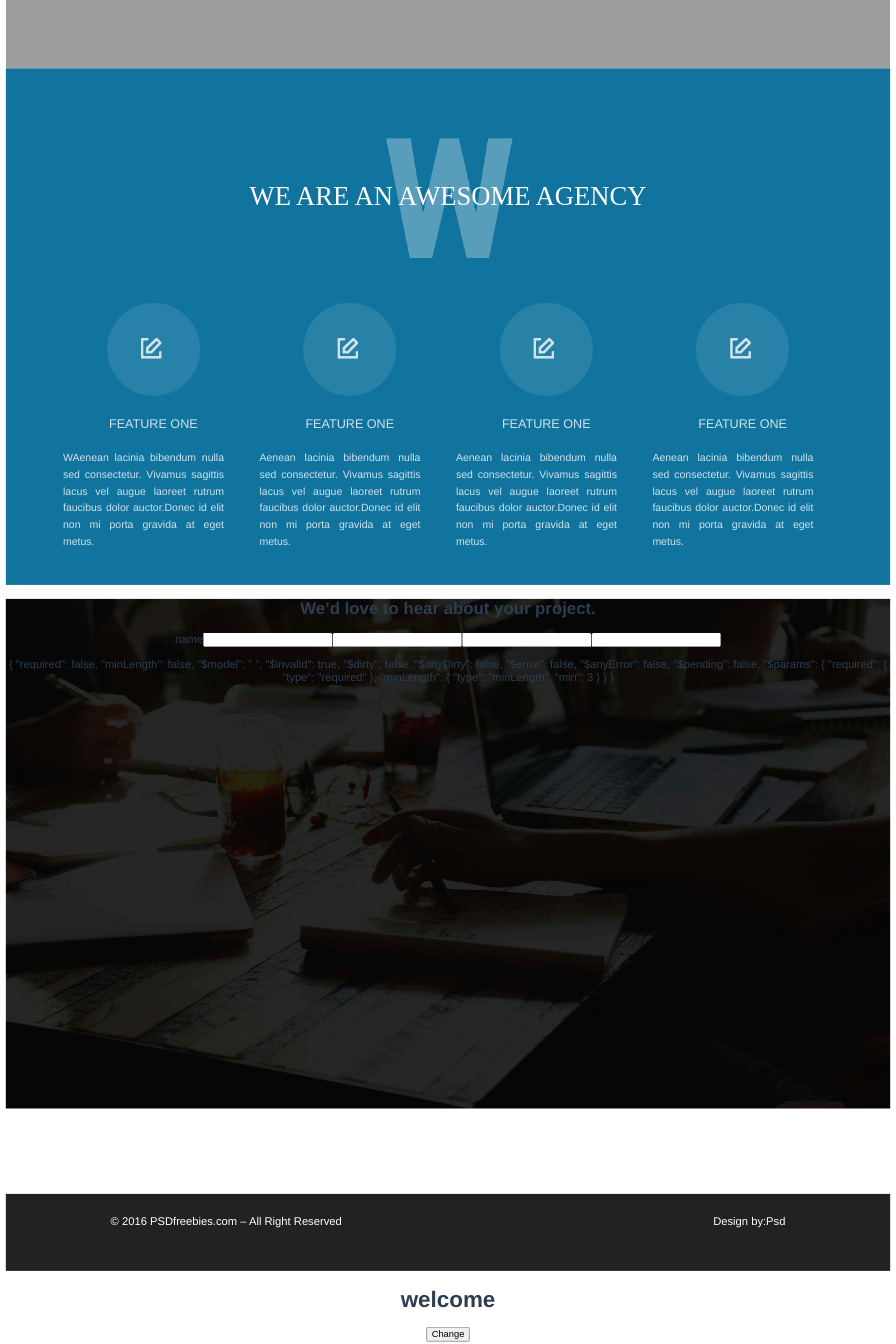
Repository: joker506/Creatives
Page: /
These files come from the project's save history. The page is drawn as it stood at one moment and after the next save; the edit follows.
The browser window is 1280 px wide. The pictures show the part of the page from y = 742 to 2662 px (the page is 2716 px tall), at 70% of full size.
Pictures or frames that could not be fetched are drawn as grey boxes. The project was rebuilt for these pictures with package versions that can differ from the ones it lists, and the page was loaded fresh each time.

Above is the page before, as saved 2020-04-11 22:53:54.

### public/index.html
<!DOCTYPE html>
<html lang="ru">

<head>
    <meta charset="utf-8">
    <meta http-equiv="X-UA-Compatible" content="IE=edge">
    <meta name="viewport" content="width=device-width,initial-scale=1.0">
    <link rel="icon" href="<%= BASE_URL %>favicon.ico">
    <title>
        <%= htmlWebpackPlugin.options.title %>
    </title>
</head>

<body>
    <noscript>
      <strong>We're sorry but <%= htmlWebpackPlugin.options.title %> doesn't work properly without JavaScript enabled. Please enable it to continue.</strong>
    </noscript>
    <div id="app"></div>
    <!-- built files will be auto injected -->
</body>

</html>

### src/main.js
import Vue from 'vue'
import Vuelidate from 'vuelidate'
import App from './App.vue'

Vue.use(Vuelidate)

Vue.config.productionTip = false

new Vue({
    render: h => h(App),
}).$mount('#app')

### src/App.vue
<template>
  <div id="app">
<HeaderApp />
<AdvantagesApp />
<TeamApp />
<FormApp />
<FooterApp />

    <HelloWorld
    @clicks="clickUp($event)"
       :msg=msg
       :counter=counter />
  </div>
</template>

<script>
import HelloWorld from './components/HelloWorld.vue'
import HeaderApp from './components/HeaderApp.vue'
import AdvantagesApp from './components/AdvantagesApp.vue'
import TeamApp from './components/TeamApp.vue'
import FormApp from './components/FormApp.vue'
import FooterApp from './components/FooterApp.vue'

export default {
  name: 'App',
  data(){

    return{
    msg:"welcome",
    counter:10,


    }

  },
  components: {
    HelloWorld,
    AdvantagesApp,
    HeaderApp,
    TeamApp,
    FormApp,
    FooterApp
  },
  methods:{
    clickUp(event){
      console.log("click")
      this.counter=event
    }
  }
}
</script>

<style>
#app {
  font-family: Avenir, Helvetica, Arial, sans-serif;
  -webkit-font-smoothing: antialiased;
  -moz-osx-font-smoothing: grayscale;
  text-align: center;
  color: #2c3e50;
  overflow: hidden;

}
</style>

### src/components/HelloWorld.vue
<template>
  <div class="hello">
    <h1>{{ msg }} </h1>
   <button @click="clickDown">Change</button>
   <p>{{counter}}</p>

  </div>
</template>

<script>
export default {
  name: 'HelloWorld',

  props: {
    msg: String,
    counter:Number

  },
  methods:{
    clickDown(){
      console.log("Your Click!")
      this.$emit("clicks",this.counter+1)

    }
  }
}
</script>

<style scoped>
h3 {
  margin: 40px 0 0;
}
ul {
  list-style-type: none;
  padding: 0;
}
li {
  display: inline-block;
  margin: 0 10px;
}
a {
  color: #42b983;
}
p{
  color:rgb(3, 156, 62);
}
</style>

### src/components/HeaderApp.vue
<template>

<header class="header">

<div class="header__top">
<a class="logo" href="#" >
    <img src="@/assets/Logo1.png" alt="logo">
</a>
<nav class="main-nav">
    <ul class="main-nav__items">
        <li class="item">
            <a href="#">Home</a> </li>
        <li class="item">
            <a href="#">Pages</a> </li>
        <li class="item">
            <a href="#">Features</a> </li>
        <li class="item">
            <a href="#">Extensions</a> </li>
        <li class="item">
            <a href="#">Tutorials</a> </li>
        <li class="item">
            <a href="#">Contact us</a> </li>
    </ul>
</nav>

<div class="social">
    <ul class="social__items">
        <li class="social__item social__item--fb">
            <a class="social__link" href="#"></a></li>
        <li class="social__item social__item--insta">
            <a class="social__link" href="#"></a></li>
        <li class="social__item social__item--teleg">
            <a class="social__link" href="#"></a></li>
        <li class="social__item social__item--vk">
            <a class="social__link" href="#"></a></li>
    </ul>
</div>

</div>
<div class="header__main">

<h1 class="header__title" >Creatives</h1>
<p class="text"><a href="Power by PSDfreebies.com"> Power by PSDfreebies.com</a></p>

<span class="btn__main">
    <a @click="scrollDown" href="#team" class="btn__main-link">scroll down</a>
</span>
</div>


</header>

</template>

<script>
export default {
    name:'HeaderApp',
    methods:{
        scrollDown(){
            console.log("scroll")
        }
    },

    directives:{
        font:{
            bind(el){
            el.style.fontSize='50px'
            }
        },
        color:{
            bind(el){
                el.style.color='#ffffff'
            }
        }
    }


}
</script>

<style lang="scss">
.header{
    margin: 0;
    padding: 0;
    max-width: 1600px;
    padding-top: 20px;
    font-size: 18px;
    background-image: url("~@/assets/Layer96.jpg");
    background-repeat: no-repeat;
    background-position: 0 0;
    background-size: cover;
}

.header__top{
    padding-right: 15px;
    padding-left: 15px;
    display: flex;
    justify-content: space-between;
    height: 90px;
    border-bottom: 3px solid hsla(0, 0%, 47%, 0.5);
}
.wrapper{
    width: 1200px;
}
.logo {
    list-style: none;
    cursor: pointer;
    color: #000000 ;
    &>img{
    width:79px;
    height:75px;
    }
}

.main-nav{
margin-left: 220px;
margin-right: 40px;
//border: 1px solid greenyellow;
}
.main-nav__items{
padding: 0;
margin: 0;
display: flex;
justify-content: space-between;
width: 700px;
height: 85px;
}
.item{
    width: 100px;
    height: 83px;
    list-style: none;
    font-family: "Myriad Pro";
    font-size: 20px;
    font-weight: 400;
    color: #ffffff;
    &:hover{
        border-bottom: 6px solid #11749e;
    }
    &>a{
        display: block;
        padding-top: 30px;
        height: 50px;
        text-decoration: none;
        color: #868686;
   /*  &:hover{
        color: blue;
    } */

    }
}
.social{
width: 141px;
}
.social__items{
    margin: 0;
    padding: 0;
    display: flex;
    justify-content: space-between;
    list-style: none;
}

.social__item{
    width: 20px;
    height: 20px;
    margin-top: 30px;
    position: relative;
    &--fb{
        background-image: url("~@/assets/facebook.svg");
        &:hover{
        background-image: url("~@/assets/fb-active.svg");
        }
    }
     &--insta{
        background-image: url("~@/assets/instagram.svg");
    }
     &--teleg{
        background-image: url("~@/assets/telegram.svg");
    }
     &--vk{
        background-image: url("~@/assets/vk.svg");
    }
    &::before{
        content: '';
        position: absolute;
        width: 30px;
        height: 30px;
         background-position: 0 0;
        background-repeat: no-repeat;
}
}


.social__link{
    display: block;
    padding-top: 30px;
    height: 50px;
    color: #868686;
    text-decoration: none;
}
/*
.header__main{
    height: 766px;
} */

.header__title{
    margin: 0 auto;
    margin-top: 130px;
    font-family: Gotham;
    font-size: 153px;
    font-weight: 700;
    text-transform: uppercase;
    letter-spacing: -1.92px;
}

.text{
margin: 0 auto;
margin-top: 30px;
color: #11749e;
font-family: Gotham;
font-size: 25px;
font-weight: 500;
line-height: 51.19px;
text-transform: uppercase;
letter-spacing: 7.88px;
}
.text>a{
    text-decoration: none;
    color: bisque;
}
.btn__main{
    display: block;
    margin-top: 115px;
    padding-bottom: 115px;
    position: relative;

}
.btn__main-link{
    color:beige;
    cursor: pointer;
    font-weight: 500;
    line-height: 22px;
    text-transform: capitalize;
        &::after{
        content: '';
        display: block;
        left: 50%;
        margin: auto;
        margin-top: 15px;
        width: 65px;
        height: 65px;
        background-image: url("~@/assets/chevron.svg");
        background-repeat: no-repeat;
        background-position: 0 0;
        background-size: cover;
        }
        &:hover{
color: #11749e;
}
}



</style>

### src/components/AdvantagesApp.vue
<template >
<section class="advantages" >
    <div class="wrap">
<h2 class="advantages__title">
    We Are An Awesome Agency
</h2>
    </div>
    <div class="advantages-block">
<div class="block__first">
   <div><img src="~@/assets/Ellipse1.png" alt="ellipse"></div>
    <h3 class="block__title">Feature One</h3>
    <p class="block__text">WAenean lacinia bibendum nulla sed consectetur. Vivamus sagittis lacus vel augue laoreet rutrum faucibus dolor auctor.Donec id elit non mi porta gravida at eget metus.
</p>
</div>
<div class="block__first">
    <div><img src="~@/assets/Ellipse1.png" alt="ellipse"></div>
    <h3 class="block__title">Feature One</h3>
     <p class="block__text">Aenean lacinia bibendum nulla sed consectetur. Vivamus sagittis lacus vel augue laoreet rutrum faucibus dolor auctor.Donec id elit non mi porta gravida at eget metus.
</p>
</div>
<div class="block__first">
    <div><img src="~@/assets/Ellipse1.png" alt="ellipse"></div>
    <h3 class="block__title">Feature One</h3>
     <p class="block__text">Aenean lacinia bibendum nulla sed consectetur. Vivamus sagittis lacus vel augue laoreet rutrum faucibus dolor auctor.Donec id elit non mi porta gravida at eget metus.
</p>
</div>
<div class="block__first">
    <div><img src="~@/assets/Ellipse1.png" alt="ellipse"></div>
    <h3 class="block__title">Feature One</h3>
    <p class="block__text">Aenean lacinia bibendum nulla sed consectetur. Vivamus sagittis lacus vel augue laoreet rutrum faucibus dolor auctor.Donec id elit non mi porta gravida at eget metus.
</p>
</div>
</div>

</section>
</template>

<script>
export default {
    name:'AdvantagesApp',

}
</script>

<style lang="scss">

.advantages{
max-width: 1600px;
height: 738px;
background-color: #11749e;
}
.wrap{
    margin: 0;
}
.advantages-logo{
margin-top: 108px;
    opacity: 0.3 ;
}

.advantages__title{
    margin: 0;
padding-top: 170px;
margin-bottom: 140px;
color: #ffffff;
font-family: Gotham;
font-size: 38px;
font-weight: 500;
line-height: 25px;
text-transform: uppercase;
position: relative;
&::before{
    content: '';
    position: absolute;
    top: 100px;
    left: 43%;
    width: 180px;
    height: 180px;
    opacity: 0.3;
    background-image: url("~@/assets/W.png");
    background-size: contain;
    background-repeat: no-repeat;
    background-position: 0 0;
}
}
.advantages-block{
    width: 1100px;
    margin: 0 auto;
    display: flex;
    justify-content: space-between;
}
.block__first{
    width: 258px;

    color: #ffffff;
    opacity: 0.8;


}
.block__first>div{
    opacity: 1;
    position: relative;
      &::before{
    content: '';
    position: absolute;
    top: 50px;
    left: 111px;
    width: 30px;
    height: 30px;
    background-image: url("~@/assets/Write.svg");
    background-position: 0 0;
    background-repeat: no-repeat;
    background-size: contain;
}
    }


.block__title{
    font-size: 18px;
font-weight: 500;
line-height: 36px;
text-transform: uppercase;

}
.block__text{
    width: 230px;
text-align: justify;    ;
font-size: 15px;
font-weight: 400;
line-height: 24px;
}
</style>

### src/components/TeamApp.vue
<template>
<section class="team" id="team">
<div class="wrap">
<h2 class="team__title">Our Team</h2>
<p class="team__text">sales long tail influencer pitch release niche market.</p>
</div>

<div class="team-block">

<div v-for="staff in staffs" :key="staff.id" class="staff__first" >
    <img :src="require('@/assets'+staff.img)" alt="">
    <div class="staff-wrap">
    <h3 class="staff__title">{{staff.name}}</h3>
    <span class="staff__prof">{{staff.proff}}</span>
    </div>
</div>

    </div>

    </section>
</template>

<script>
export default {
    name:'TeamApp',
    data(){
        return{
            staffs:[
                {
                    id:1,
                    name:"JOHN SNOW",
                    proff:"CEO",
                    img:'/Layer81.png'
                },
                {
                    id:2,
                    name:"LADY SANSA",
                    proff:"WebDesigner",
                    img:'/Layer82.png'
                },
                {
                    id:3,
                    name:"JOHN MMAc",
                    proff:"Pgotographer",
                    img:'/Layer83.png'
                },
                {
                    id:4,
                    name:"LADY SIMPS",
                    proff:"Pgotographer",
                    img:'/Layer84.png'
                },


            ]
        }
    }
}
</script>

<style lang="scss">
.team{
    margin: 0;
    padding: 0;
    max-width: 1600px;
padding-bottom: 10px;
background-color: #f3f0f0;
}
.team__title{
margin: 0;
padding: 0;
padding-top: 140px;
font-size: 38px;
font-weight: 500;
line-height: 45px;
text-transform: uppercase;
position: relative;
&::before{
    content: '';
    position: absolute;
    top: 70px;
    left: 45%;
    width: 120px;
    height: 180px;
    background-image: url('~@/assets/T.png');
    background-position: 0 0;
    background-repeat: no-repeat;
    background-size: contain;
}
}
.team__text{
    margin-top: 140px;
    color: #222222;
font-family: "Gotham - Book";
font-size: 30px;
font-weight: 400;
line-height: 37px;
}
.team-block{
    margin-top: 70px;
    width: 1200px;
    margin: 0 auto;
    display: flex;
    justify-content: space-between;

}
.staff__first {
    width: 270px;
    height: 480px;
    position: relative;
}

.staff-wrap{
    position: absolute;
    top: 360px;
    left: 25px;
    width: 216px;
    height: 117px;
    background-color: #ffffff;
    &:hover{
        border: 1px solid rgb(245, 243, 243);
        box-shadow: 0px 0px 10px 5px rgb(225, 229, 233);
    }
    }
.staff__title{
    color: #11749e;
font-family: Gotham;
font-size: 20px;
font-weight: 500;
line-height: 24px;
text-transform: uppercase;
}

.staff__prof{
    font-family: Gotham;
    font-size: 15px;
    font-weight: 600;
    line-height: 24px;
}
</style>

### src/components/FormApp.vue
<template>
<div class="form">
<h2 class="form__title">We’d love to hear about your project.</h2>
<form action="">
    <label for="name">name</label>
    <input type="text"
            id="name"
            @blur="$v.name.$touch()"
            :class="{'input__wrong':$v.name.$error}"
            v-model="name"
            placeholder="Name">
    <input type="email">
    <input type="phone">
    <input type="textarea">
</form>
<p>{{$v.name}}</p>
</div>

</template>

<script>

import {required,minLength } from 'vuelidate/lib/validators'

export default {
name:'FormApp',
data(){
    return{
    name:" ",
    required:" ",
    }
},

validations:{
    name:{
    required,
    minLength:minLength(3),
    //pattern:
},
}
}

</script>

<style>
.form{
    max-width: 1600px;
    height: 850px;
    background-image: url("~@/assets/form-logo.png");
    background-repeat: no-repeat;
    background-size: contain;
}
.input__wrong{
    box-shadow: 0 0 5px 5px pink;
}


</style>

### src/components/FooterApp.vue
<template>
<footer class="footer">
    <div class="copyright">© 2016 PSDfreebies.com – All Right Reserved</div>
    <div class="design">
        <p>Design by:Psd</p>
    </div>
</footer>
</template>

<script>
export default {
    name:'FooterApp'
}
</script>>
<style lang="scss">
.footer{
    max-width: 1600px;
    height: 110px;
    background-color: #222222;
    padding-right: 150px;
    padding-left: 150px;
    display: flex;
    justify-content: space-between;
}
.copyright,
.design{
    color: #ffffff;
    padding-top: 30px;
}
.design>p{
    margin: 0;
}
</style>

After the next save:
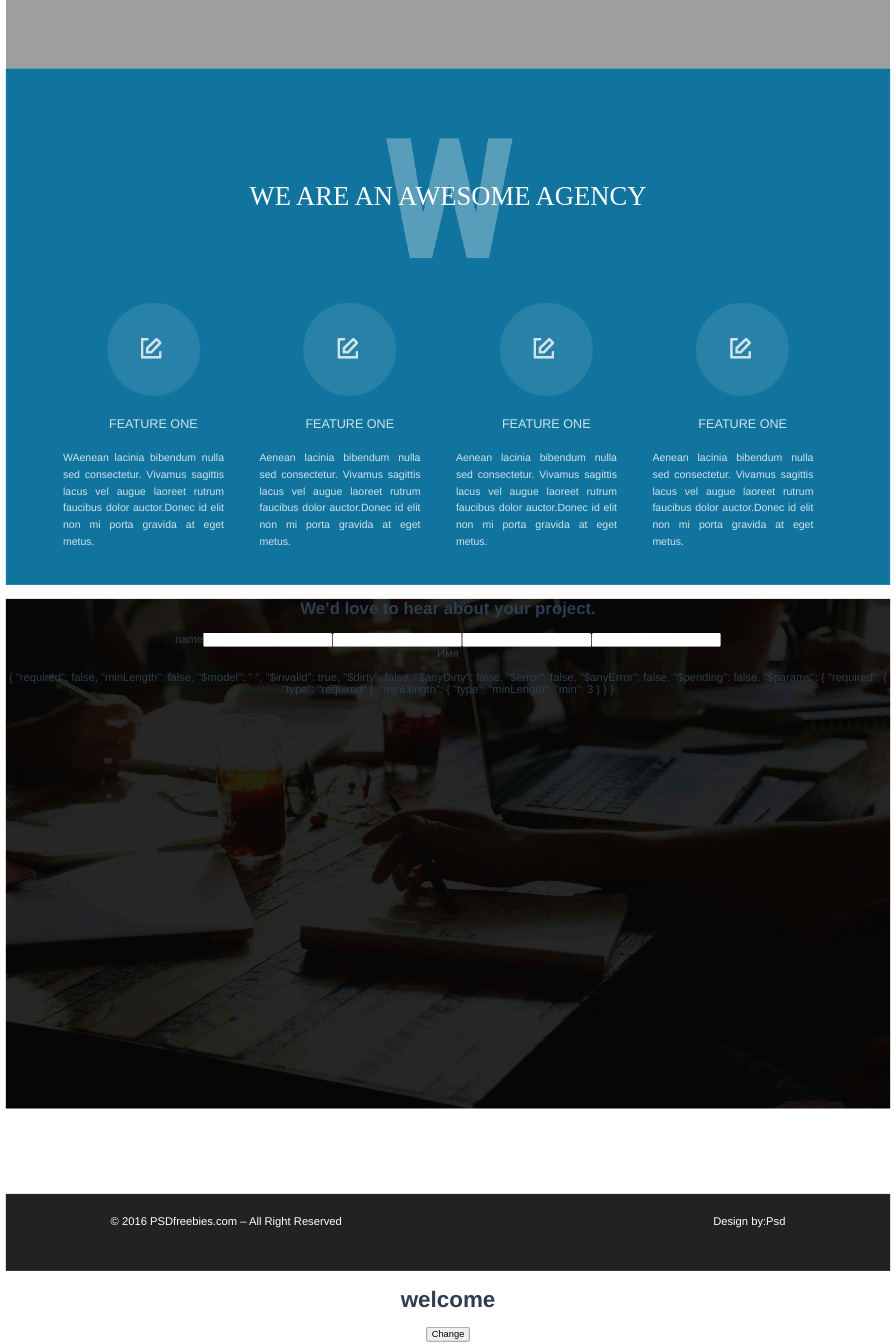
Saved 107 s later.
--- a/src/components/FormApp.vue
+++ b/src/components/FormApp.vue
@@ -9,10 +9,12 @@
             :class="{'input__wrong':$v.name.$error}"
             v-model="name"
             placeholder="Name">
+
     <input type="email">
     <input type="phone">
     <input type="textarea">
 </form>
+<div class="" v-if="!$v.name.required">Имя</div>
 <p>{{$v.name}}</p>
 </div>
 

After the 2 saves that followed:
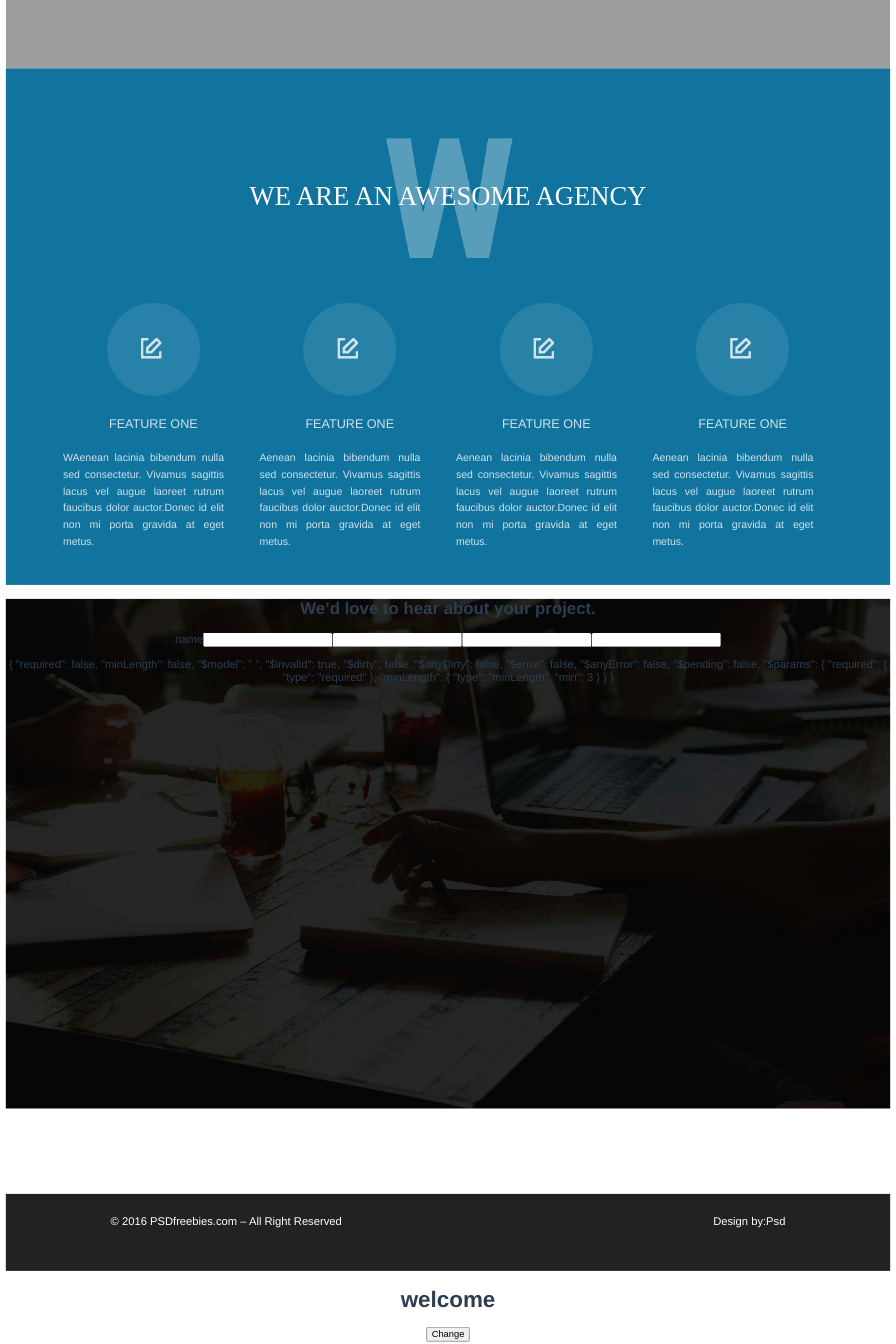
The 2 saves are shown as one change because 1 left the picture as it was.
The last was saved 113 s later.
--- a/src/components/FormApp.vue
+++ b/src/components/FormApp.vue
@@ -13,8 +13,10 @@
     <input type="email">
     <input type="phone">
     <input type="textarea">
+
+    <div class="" v-if="$v.name.required">Имя</div>
+
 </form>
-<div class="" v-if="!$v.name.required">Имя</div>
 <p>{{$v.name}}</p>
 </div>
 
